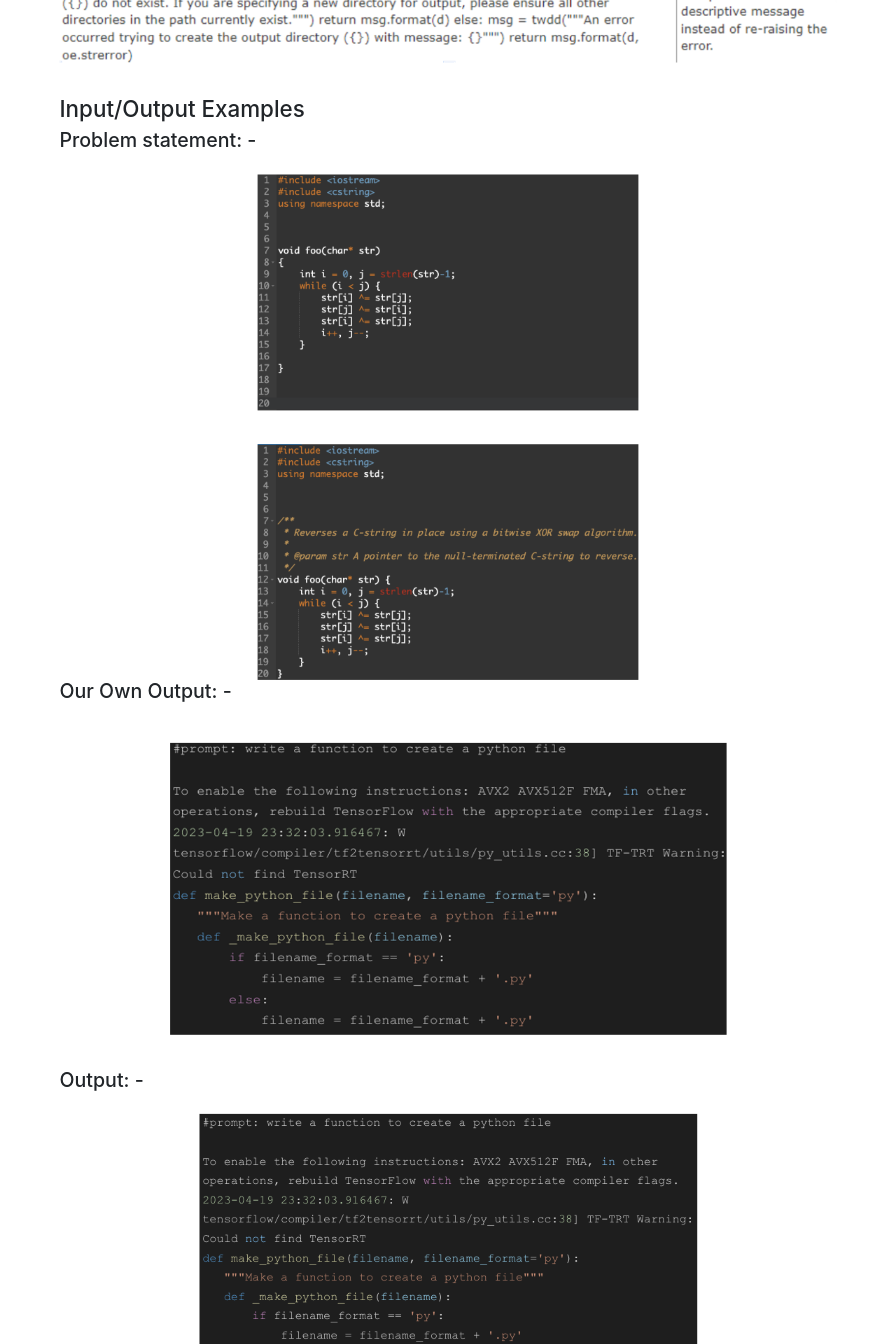
Repository: Shaalan-omar/ConcodePlus
Page: team-specific/index.html
The author's editor kept a copy of each file at every save. The page is drawn from the files as they stood at one save, then again after the next save.
The browser window is 1280 px wide. The pictures show the part of the page from y = 1755 to 3675 px (the page is 8084 px tall before and 8132 px after), at 70% of full size.

Above is the page before, as saved 2023-05-14 00:59:17.

After the next save:
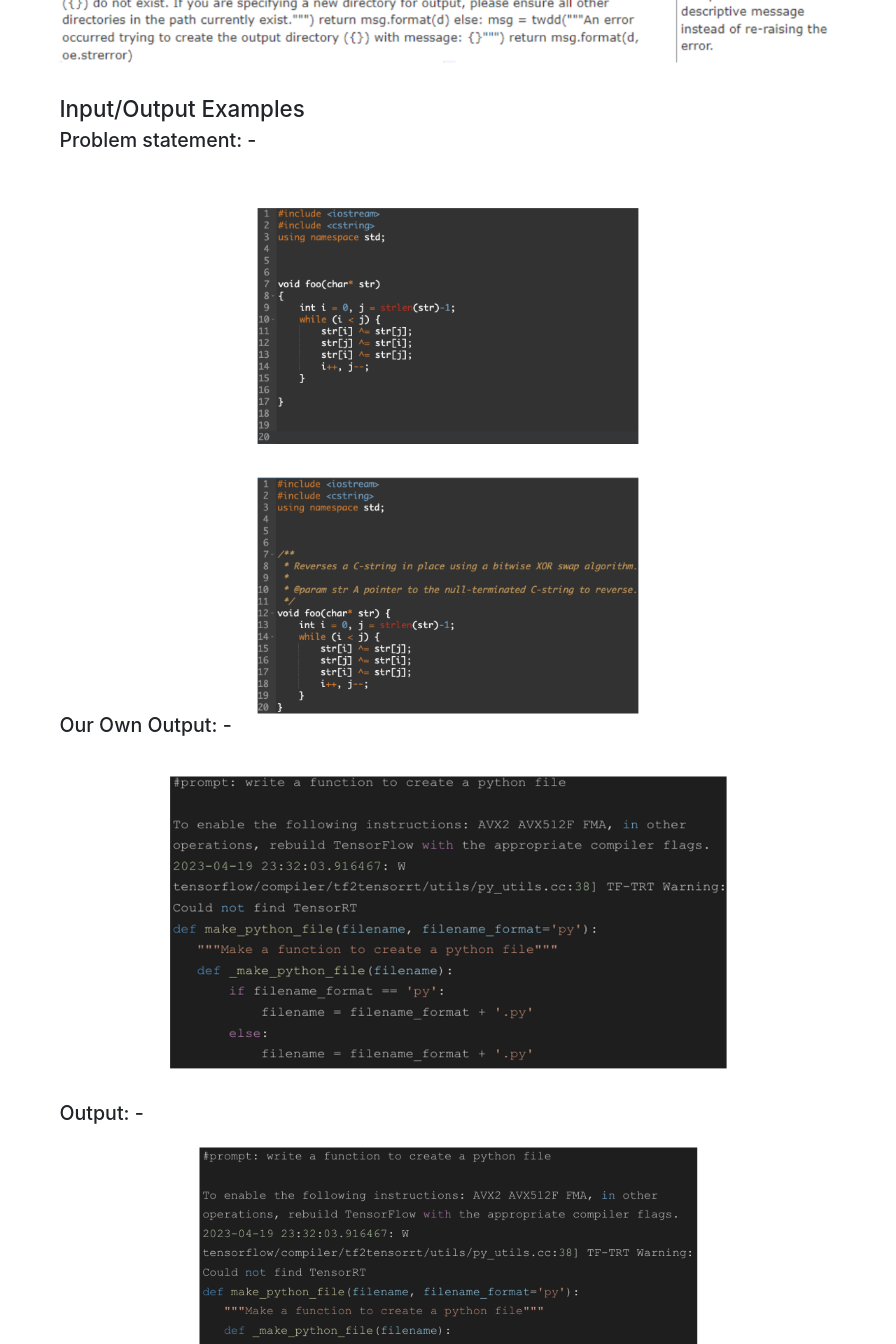
Saved 14 s later.
--- a/team-specific/index.html
+++ b/team-specific/index.html
@@ -107,7 +107,8 @@
         <h3>
 			 Problem statement: -
         </h3>
-
+   <br>
+      </br>
 		<br/> <!-- Empty Line before the image -->
 	    <div class="img-container" align="center"> <!-- Block parent element -->
       		<img src="resources/images/Problem_Stat_1.png" class="img-fluid text-center">

After the save that followed:
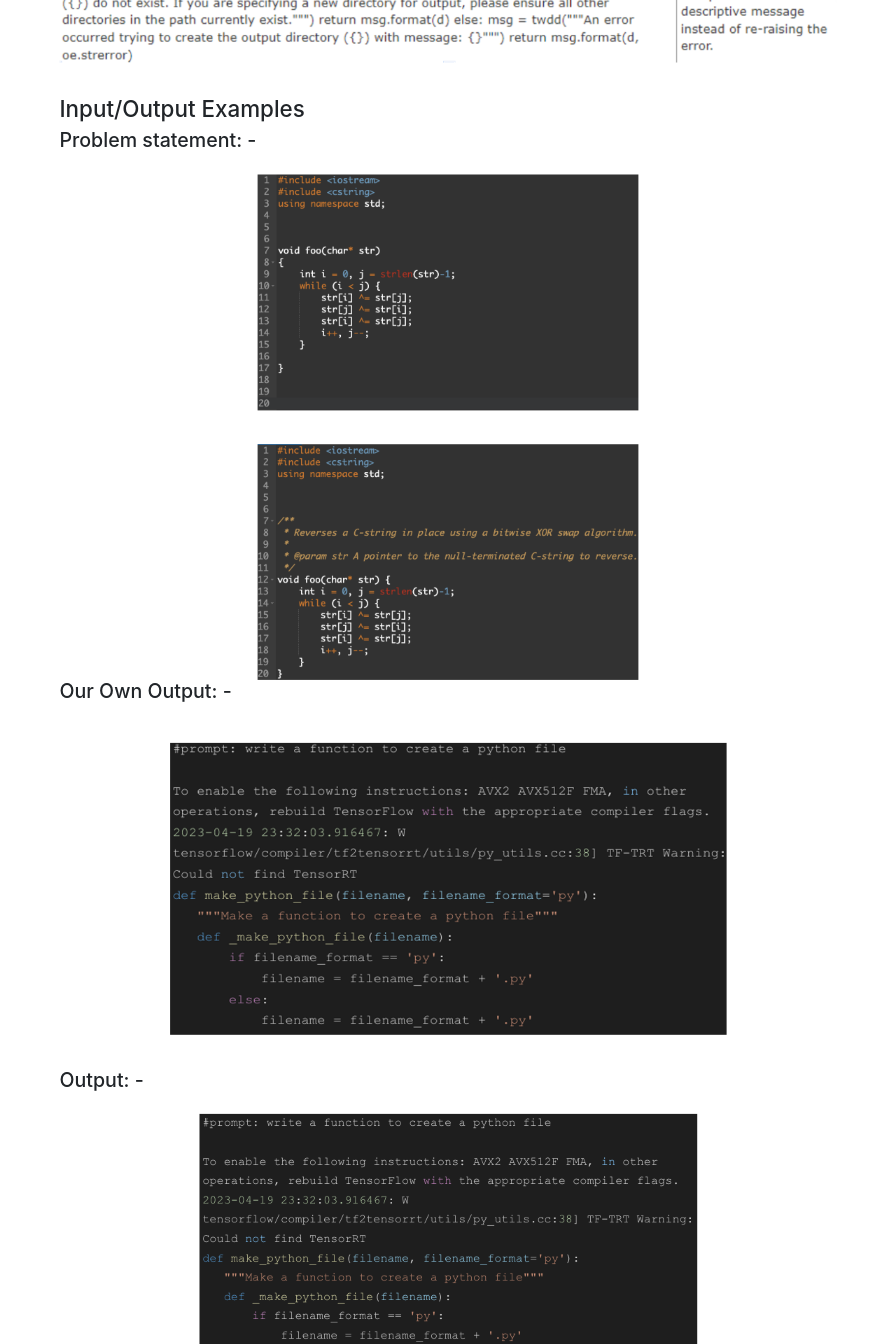
Saved 8 s later.
--- a/team-specific/index.html
+++ b/team-specific/index.html
@@ -107,8 +107,7 @@
         <h3>
 			 Problem statement: -
         </h3>
-   <br>
-      </br>
+
 		<br/> <!-- Empty Line before the image -->
 	    <div class="img-container" align="center"> <!-- Block parent element -->
       		<img src="resources/images/Problem_Stat_1.png" class="img-fluid text-center">
